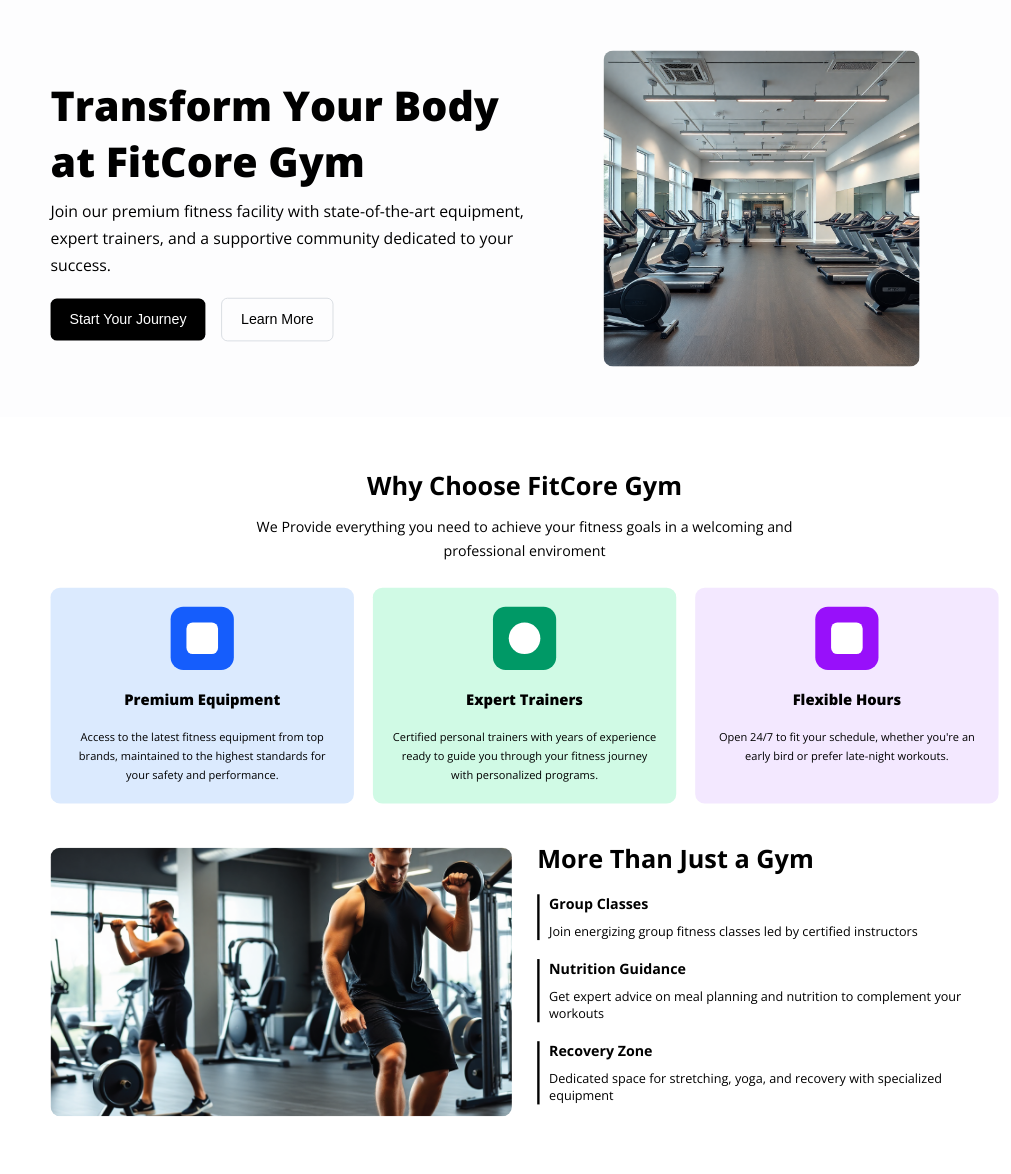
Repository: abdobadawi-ops/Route-Academy-Assignments
Page: Secon Assignment - fit-core-gym/index.html
The author's editor kept a copy of each file at every save. The page is drawn from the files as they stood at one save, then again after the next save.
The browser window is 1280 px wide. The pictures show the whole page, at 79% of full size.

Above is the page before, as saved 2026-04-28 13:20:29.

### Secon Assignment - fit-core-gym/index.html
<!doctype html>
<html lang="en">
  <head>
    <meta charset="UTF-8" />
    <meta name="viewport" content="width=device-width, initial-scale=1.0" />
    <title>FitCore Gym | Assignment 2</title>
    <meta
      name="description"
      content="Transform Your Body at FitCore Gym, We provide everything you need to achieve your fitness goals in a welcoming and professional environment."
    />
    <link rel="shortcut icon" href="./imgs/favicon.png" type="image/x-icon" />
    <link rel="preconnect" href="https://fonts.googleapis.com" />
    <link rel="preconnect" href="https://fonts.gstatic.com" crossorigin />
    <link
      href="https://fonts.googleapis.com/css2?family=Open+Sans:ital,wght@0,300..800;1,300..800&display=swap"
      rel="stylesheet"
    />
    <link rel="stylesheet" href="./style.css" />
  </head>
  <body>
    <header>
      <div class="container grid-2-cols">
        <div class="left">
          <h1>Transform Your Body at FitCore Gym</h1>
          <p>
            Join our premium fitness facility with state-of-the-art equipment,
            expert trainers, and a supportive community dedicated to your
            success.
          </p>
          <div class="buttons">
            <button class="btn btn--main">Start Your Journey</button>
            <button class="btn btn--alt">Learn More</button>
          </div>
        </div>
        <img src="./imgs/hero-section-img.png" alt="fitcore gym" />
      </div>
    </header>

    <section>
      <div class="container">
        <div class="section-heading">
          <h2>Why Choose FitCore Gym</h2>
          <p>
            We Provide everything you need to achieve your fitness goals in a
            welcoming and professional enviroment
          </p>
        </div>

        <div class="features grid-3-cols">
          <div class="feat">
            <div class="icon">
              <div></div>
            </div>
            <h3>Premium Equipment</h3>
            <p>
              Access to the latest fitness equipment from top brands, maintained
              to the highest standards for your safety and performance.
            </p>
          </div>
          <div class="feat">
            <div class="icon">
              <div></div>
            </div>
            <h3>Expert Trainers</h3>
            <p>
              Certified personal trainers with years of experience ready to
              guide you through your fitness journey with personalized programs.
            </p>
          </div>
          <div class="feat">
            <div class="icon">
              <div></div>
            </div>
            <h3>Flexible Hours</h3>
            <p>
              Open 24/7 to fit your schedule, whether you're an early bird or
              prefer late-night workouts.
            </p>
          </div>
        </div>

        <div class="premium grid-2-cols">
          <img
            src="./imgs/why-choose-us.png"
            alt="Men left weights in the gym"
          />
          <div class="items">
            <h3>More Than Just a Gym</h3>
            <div class="item">
              <h4>Group Classes</h4>
              <p>
                Join energizing group fitness classes led by certified
                instructors
              </p>
            </div>
            <div class="item">
              <h4>Nutrition Guidance</h4>
              <p>
                Get expert advice on meal planning and nutrition to complement
                your workouts
              </p>
            </div>
            <div class="item">
              <h4>Recovery Zone</h4>
              <p>
                Dedicated space for stretching, yoga, and recovery with
                specialized equipment
              </p>
            </div>
          </div>
        </div>
      </div>
    </section>
  </body>
</html>

### Secon Assignment - fit-core-gym/style.css
/* variables */
:root {
  --main-color: #000;
  --section-color: oklch(98.5% 0.002 247.839);
}

/* global rules */
* {
  box-sizing: border-box;
  margin: 0;
  padding: 0;
}

body {
  font-family: "Open Sans", sans-serif;
}

.container {
  width: 1200px;
  margin-inline: auto;
}

section {
  padding: 64px;
}

/* components */
.grid-2-cols {
  display: grid;
  grid-template-columns: repeat(2, 1fr);
  align-items: center;
}

.grid-3-cols {
  display: grid;
  grid-template-columns: repeat(3, 1fr);
}

.section-heading {
  text-align: center;
  width: 700px;
  margin-inline: auto;
  margin-bottom: 32px;

  h2 {
    font-size: 32px;
    margin-bottom: 16px;
  }

  p {
    font-size: 18px;
    line-height: 1.7;
  }
}

/* header */

header {
  background-color: #fdfdfe;
  padding: 64px;
  & h1 {
    font-size: 52px;
    font-weight: 900;
  }

  p {
    font-size: 20px;
    line-height: 1.7;
    margin-top: 12px;
    margin-bottom: 24px;
  }

  .btn {
    background: none;
    border: none;
    font-size: 18px;
    color: #fff;
    padding: 16px 24px;
    border-radius: 8px;
    cursor: pointer;
  }

  .buttons {
    display: flex;
    align-items: center;
    gap: 20px;
  }

  .btn--main {
    background-color: var(--main-color);
  }

  .btn--alt {
    background-color: #fdfdfe;
    color: #000;
    border: 1px solid #d1d5dc;
  }

  img {
    width: 400px;
    justify-self: center;
    border-radius: 12px;
  }
}

/* why to choose us */

.features {
  column-gap: 24px;
  text-align: center;
  margin-bottom: 48px;

  .feat {
    display: flex;
    flex-direction: column;
    gap: 24px;
    padding: 24px;
    border-radius: 12px;

    h3 {
      font-weight: 800;
    }

    p {
      font-size: 14px;
      line-height: 1.7;
    }
  }

  .icon {
    width: 80px;
    height: 80px;
    border-radius: 16px;
    margin-inline: auto;
    background-color: #155dfc;
    display: flex;
    align-items: center;
    justify-content: center;

    & div {
      width: 40px;
      height: 40px;
      background-color: #fff;
      border-radius: 8px;
    }
  }

  .feat:nth-child(1) {
    background-color: #dbeafe;
  }

  .feat:nth-child(2) {
    background-color: #d0fae5;

    .icon {
      background-color: #009966;

      div {
        border-radius: 50%;
      }
    }
  }

  .feat:nth-child(3) {
    background-color: #f3e8ff;

    .icon {
      background-color: #9810fa;
    }
  }
}

.premium {
  gap: 32px;

  img {
    width: 100%;
    border-radius: 12px;
  }

  h3 {
    font-size: 32px;
    margin-bottom: 24px;
  }

  .item {
    display: flex;
    flex-direction: column;
    border-left: 3px solid #000;
    padding-inline: 12px;
    margin-bottom: 24px;

    h4 {
      font-size: 18px;
      margin-bottom: 12px;
    }

    p {
    }
  }
}

After the next save:
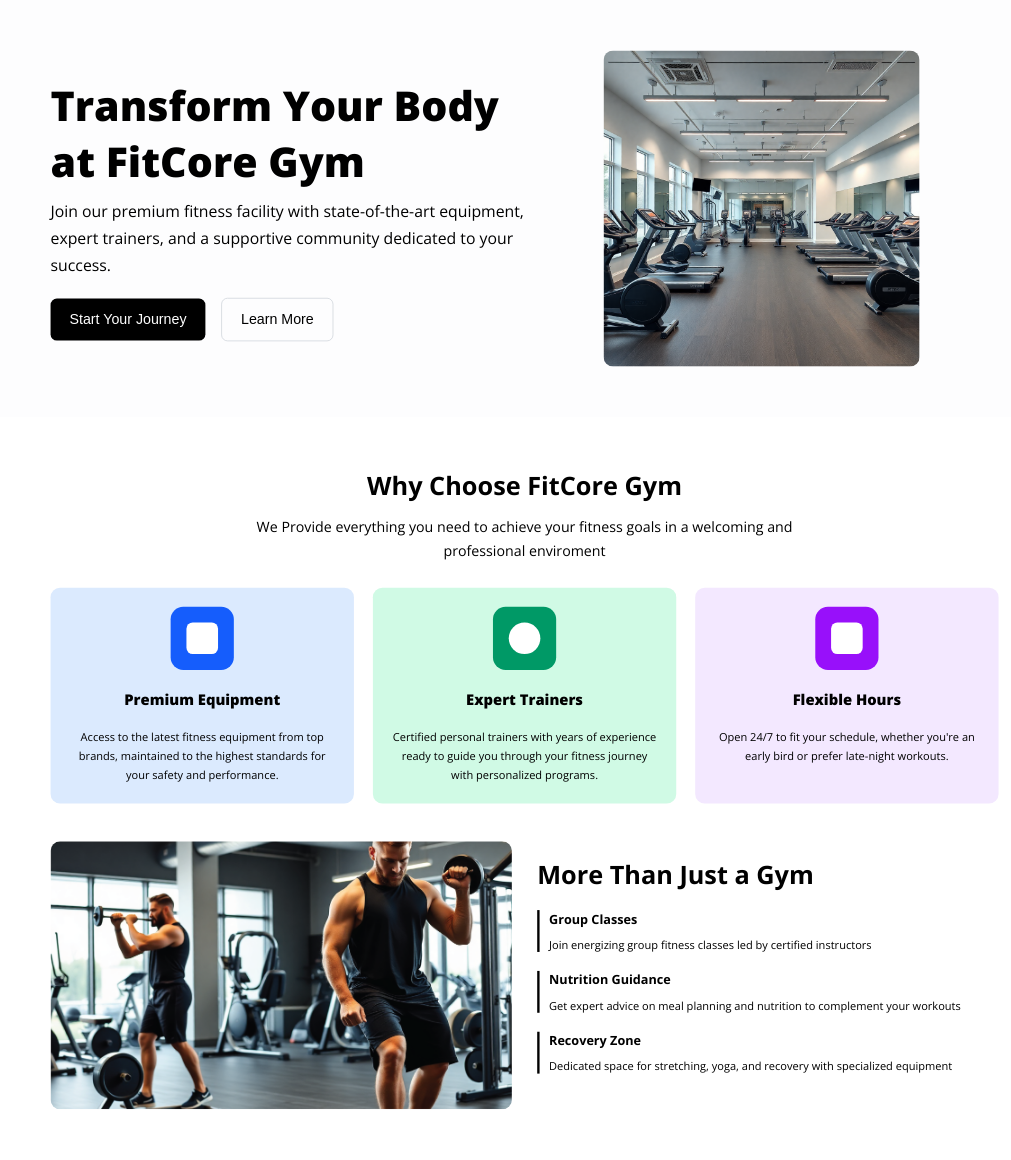
Saved 13 s later.
--- a/Secon Assignment - fit-core-gym/style.css
+++ b/Secon Assignment - fit-core-gym/style.css
@@ -191,11 +191,11 @@ header {
     margin-bottom: 24px;
 
     h4 {
-      font-size: 18px;
       margin-bottom: 12px;
     }
 
     p {
-    }
-  }
-}
+      font-size: 14px;
+    }
+  }
+}
